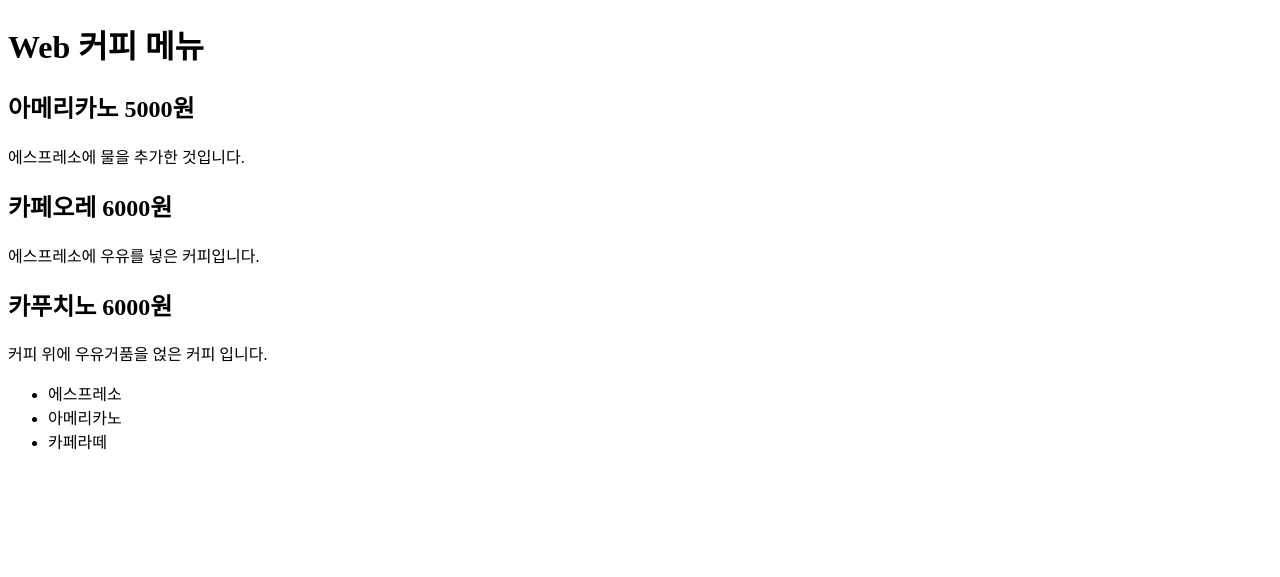
Repository: dhbaek2004/JSPex
Page: http://localhost/UX/UX_01.jsp
These files come from the project's save history. The page is drawn as it stood at one moment and after the next save; the edit follows.
The browser window is 1280 px wide. The pictures show the whole page.
The page is served by Tomcat 9.

Above is the page before, as saved 2020-08-25 08:10:56.

### Infrearn/UX/UX/WebContent/UX_01.jsp
<%@ page language="java" contentType="text/html; charset=EUC-KR"
    pageEncoding="EUC-KR"%>
<!DOCTYPE html>
<html>
<head>
<meta charset="EUC-KR">
<title>Web 커피 메뉴</title>
</head>

<body>
	<h1>Web 커피 메뉴</h1>
	<h2>아메리카노 5000원</h2>
	<p>에스프레소에 물을 추가한 것입니다.</p>

	<h2>카페오레 6000원</h2>
	<p>에스프레소에 우유를 넣은 커피입니다.</p>

	<h2>카푸치노 6000원</h2>
	<p>커피 위에 우유거품을 얹은 커피 입니다.</p>

	<ul>
		<li>에스프레소</li>
		<li>아메리카노</li>
		<li>카페라떼</li>
	</ul>

</body>


</html>

After the next save:
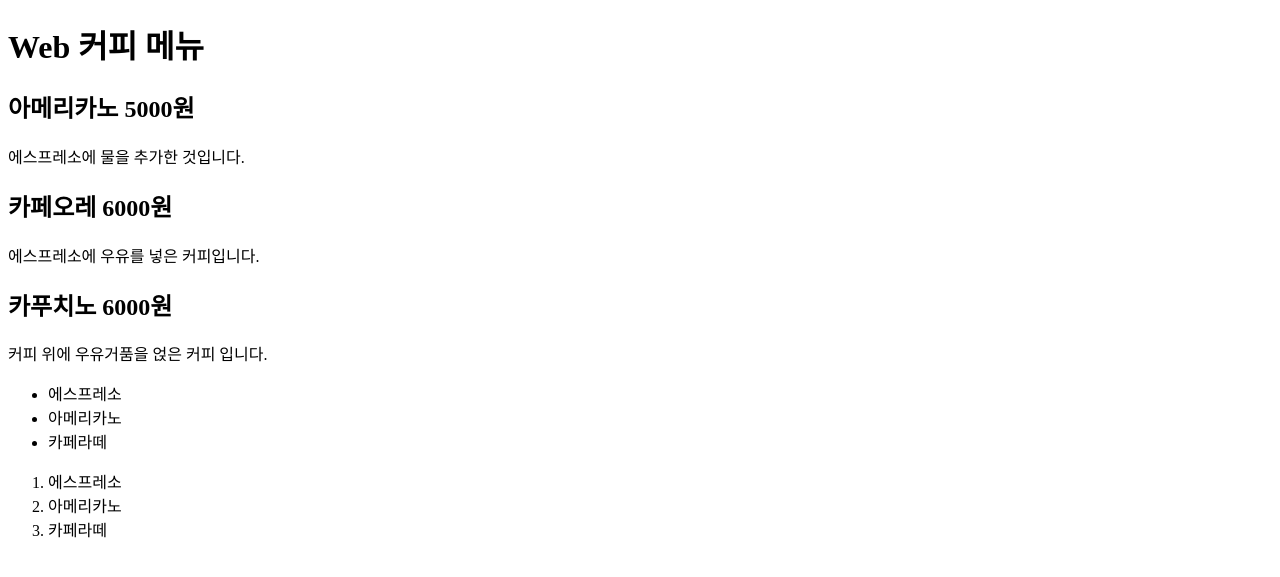
Saved 29 s later.
--- a/Infrearn/UX/UX/WebContent/UX_01.jsp
+++ b/Infrearn/UX/UX/WebContent/UX_01.jsp
@@ -24,6 +24,14 @@
 		<li>카페라떼</li>
 	</ul>
 
+	<ol>
+		<li>에스프레소</li>
+		<li>아메리카노</li>
+		<li>카페라떼</li>
+	</ol>
+
+
+
 </body>
 
 
